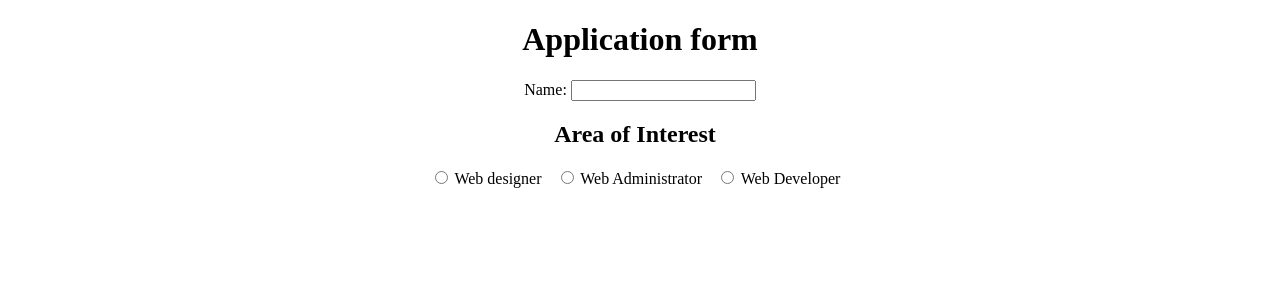
Repository: thanhp6868/ltWeb
Page: 2709_3.html
The author's editor kept a copy of each file at every save. The page is drawn from the files as they stood at one save, then again after the next save.
The browser window is 1280 px wide. The pictures show the whole page.

Above is the page before, as saved 2023-09-27 14:53:14.

After the next save:
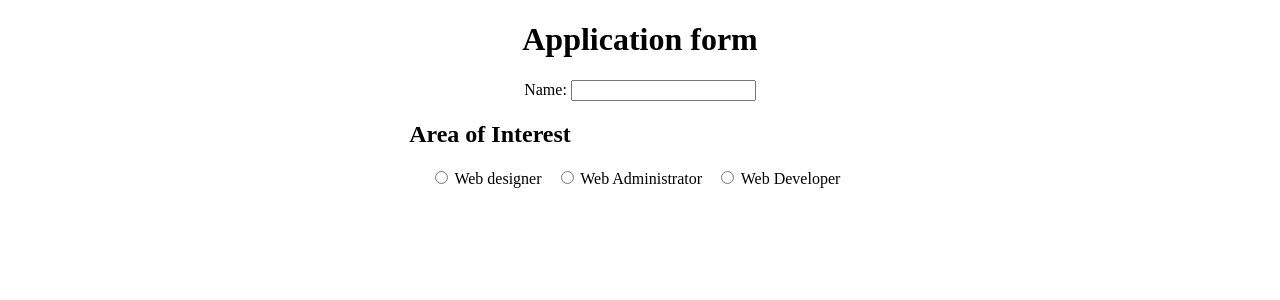
Saved 7 s later.
--- a/2709_3.html
+++ b/2709_3.html
@@ -17,7 +17,7 @@
             <label>Name: </label>
             <input type="label" value="">
         </div>
-        <h2 style="margin-right: 10px;"> Area of Interest</h2>
+        <h2 style="margin-right: 300px;"> Area of Interest</h2>
         <input type="radio" id="choice1" name="choice" value="option1">
         <label for="choice1" style="padding-right: 10px;">Web designer</label>
         <input type="radio" id="choice1" name="choice" value="option1">
